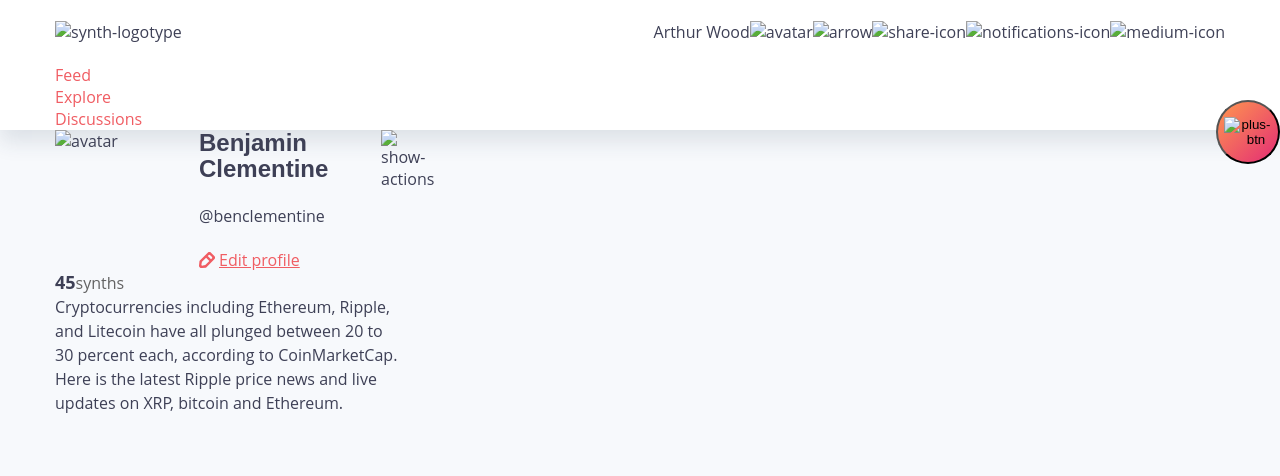
Repository: ecspetra/swivl-test-task
Page: index.html
The author's editor kept a copy of each file at every save. The page is drawn from the files as they stood at one save, then again after the next save.
The browser window is 1280 px wide. The pictures show the whole page.

Above is the page before, as saved 2021-12-09 20:42:48.

After the next save:
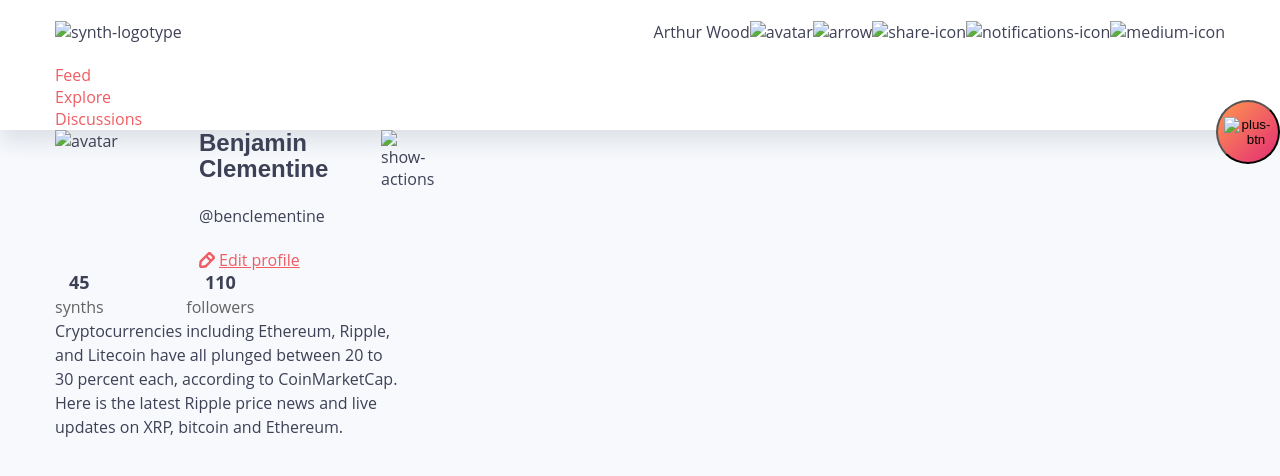
Saved 27 s later.
--- a/index.html
+++ b/index.html
@@ -70,13 +70,13 @@
                     </div>
                     <div class="profile__statistics">
                         <div class="profile__synths">
-                            <p><span>45</span>synths</p>
+                            <p><span>45</span><br>synths</p>
                         </div>
                         <div class="profile__synths">
-                            <p><span></span></p>
+                            <p><span>110</span><br>followers</p>
                         </div>
                         <div class="profile__synths">
-                            <p><span></span></p>
+                            <p><span></span><br></p>
                         </div>
                     </div>
                     <p class="profile__description">Cryptocurrencies including Ethereum, Ripple, and Litecoin have all
